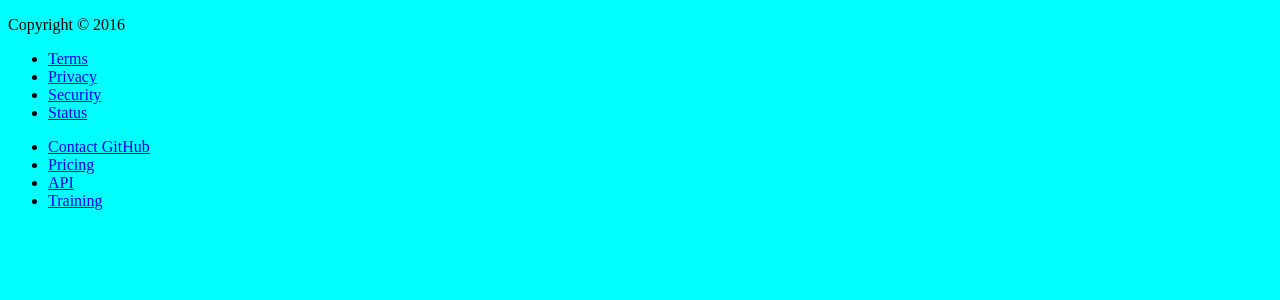
Repository: nss-evening-cohort-E23/gitsub-the-commit-commandos
Page: index.html
These files come from the project's save history. The page is drawn as it stood at one moment and after a run of saves; the edit follows.
The browser window is 1280 px wide. The pictures show the whole page.

Above is the page before, as saved 2023-05-08 19:49:58.

### index.html
<!DOCTYPE html>
<html lang="en">
<head>
  <meta charset="UTF-8">
  <meta http-equiv="X-UA-Compatible" content="IE=edge">
  <meta name="viewport" content="width=device-width, initial-scale=1.0">
  <title>Gitsub - Commit Commandos</title>
  <link rel="stylesheet" href="main.css">
</head>
<body>







  <footer>
    <div class="copyright">
      <p>Copyright © 2016</p>
    </div>
    <div class="footerLinks">
      <ul>
        <li><a href="#">Terms</a>
        </li>
        <li><a href="#">Privacy</a>
        </li>
        <li><a href="#">Security</a>
        </li>
        <li><a href="#">Status</a>
        </li>
      </ul>

      <ul>
        <li><a href="#">Contact GitHub</a>
        </li>
        <li><a href="#">Pricing</a>
        </li>
        <li><a href="#">API</a>
        </li>
        <li><a href="#">Training</a>
        </li>
      </ul>
    </div>

  </footer>



  <script src="main.js"></script>
</body>
</html>

### main.css
body{
  background-color: aqua;
}

Loaded but not shown: main.js (empty)

After the next 2 saves:
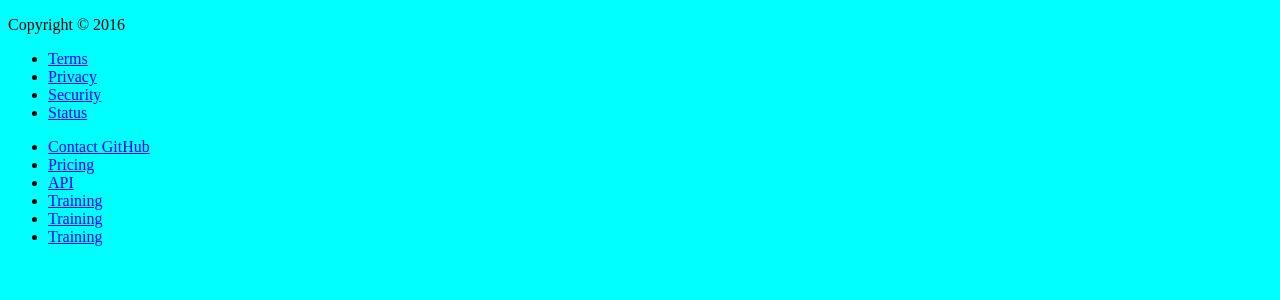
The 2 saves are shown as one change because they came seconds apart.
The last was saved 13 s later.
--- a/index.html
+++ b/index.html
@@ -40,6 +40,10 @@
         </li>
         <li><a href="#">Training</a>
         </li>
+        <li><a href="#">Training</a>
+        </li>
+        <li><a href="#">Training</a>
+        </li>
       </ul>
     </div>
 
